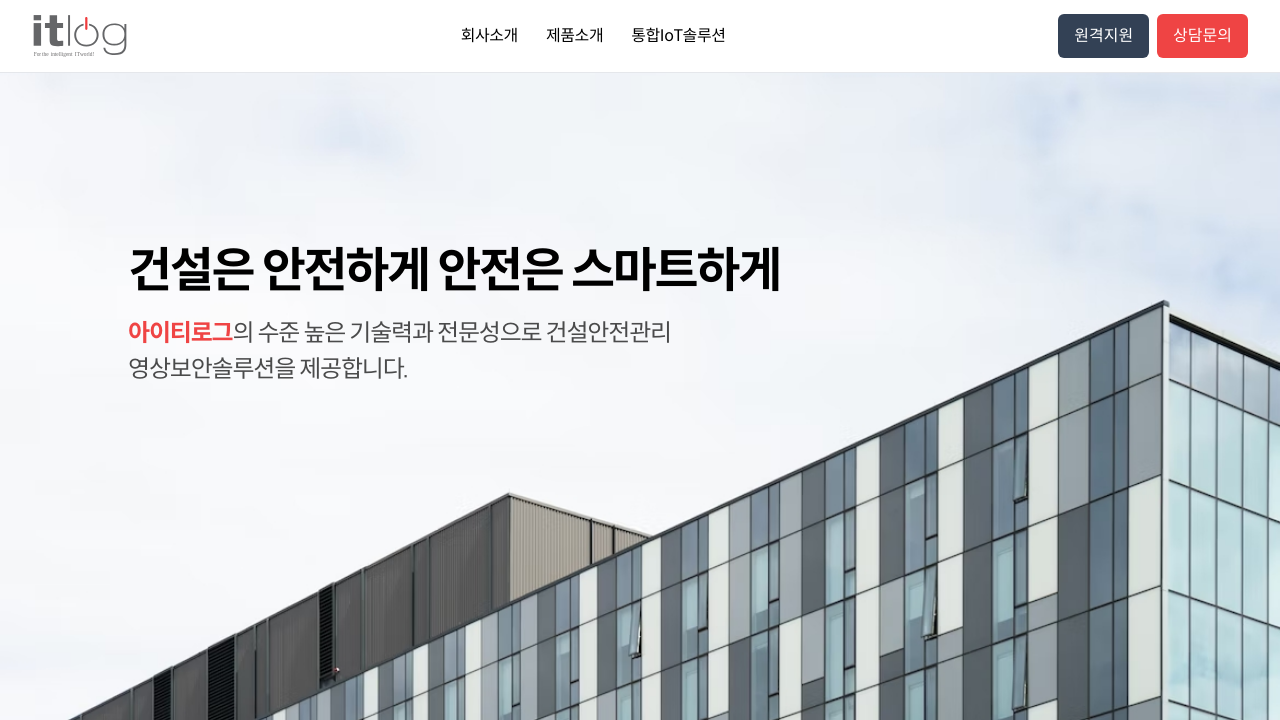
Repository: kwngmin/itlog_homepage
Page: /
These files come from the project's save history. The page is drawn as it stood at one moment and after the next save; the edit follows.
The browser window is 1280 px wide. The pictures show the whole page.
An inner scrolling area shows only its first screen. The project was rebuilt for these pictures with package versions that can differ from the ones it lists, and the page was loaded fresh each time. The framework's server and built-in components were replaced by stand-ins that run in the browser. Also part of the build but not shown: next.config.js.

Above is the page before, as saved 2023-07-15 01:10:32.

### src/app/layout.tsx
import Header from "@/components/Header";
import "./globals.css";
import type { Metadata } from "next";
import MainWrapper from "@/components/MainWrapper";
// import localFont from "next/font/local";

// import { Inter } from "next/font/google";
// const inter = Inter({ subsets: ["latin"] });
// const spoqaHanSans = localFont({
//   src: [
//     {
//       path: "../../public/fonts/SpoqaHanSansNeo-Bold.woff2",
//       weight: "700",
//       style: "bold",
//     },
//     {
//       path: "../../public/fonts/SpoqaHanSansNeo-Medium.woff2",
//       weight: "500",
//       style: "medium",
//     },
//     {
//       path: "../../public/fonts/SpoqaHanSansNeo-Regular.woff2",
//       weight: "400",
//       style: "normal",
//     },
//   ],
// });

export const metadata: Metadata = {
  title: "Create Next App",
  description: "Generated by create next app",
};

export default function RootLayout({
  children,
}: {
  children: React.ReactNode;
}) {
  return (
    // <html lang="ko" className={spoqaHanSans.className}>
    <html lang="ko">
      <body className={`flex flex-col h-screen`}>
        <Header />
        <MainWrapper>{children}</MainWrapper>
      </body>
    </html>
  );
}

### src/components/Header.tsx
import React from "react";
import Image from "next/image";

export default function Header() {
  return (
    <div className="flex-none flex justify-center border-b z-20">
      <div className="flex items-center px-4 md:px-6 xl:px-8 w-[1536px] justify-between h-[72px]">
        <Image
          src="/itlog.svg"
          alt="itlog Logo"
          className="dark:invert h-12 w-auto"
          width={10}
          height={10}
          priority
        />
        <ul className="hidden sm:flex items-center gap-1 tracking-tight">
          <li>
            <button className="h-[44px] px-3 rounded-md hover:bg-gray-200">
              회사소개
            </button>
          </li>
          <li>
            <button className="h-[44px] px-3 rounded-md hover:bg-gray-200">
              제품소개
            </button>
          </li>
          <li>
            <button className="h-[44px] px-3 rounded-md hover:bg-gray-200">
              통합IoT솔루션
            </button>
          </li>
        </ul>
        <div>
          <div className="flex gap-2">
            <button className="hidden lg:block h-[44px] px-4 rounded-md text-white bg-slate-700 md:hover:bg-slate-600">
              원격지원
            </button>
            <button className="bg-red-500 hover:bg-red-600 h-[44px] px-4 text-white rounded-md">
              상담문의
            </button>
          </div>
        </div>
      </div>
    </div>
  );
}

### src/app/globals.css
@tailwind base;
@tailwind components;
@tailwind utilities;
/* @import url(//spoqa.github.io/spoqa-han-sans/css/SpoqaHanSansNeo.css); */
@font-face {
  font-family: 'Spoqa Han Sans Neo';
  src: url('/public/fonts/SpoqaHanSansNeo-Regular.woff2') format('woff2');
  font-weight: 400;
  font-style: normal;
}
@font-face {
  font-family: 'Spoqa Han Sans Neo';
  src: url('/public/fonts/SpoqaHanSansNeo-Medium.woff2') format('woff2');
  font-weight: 500;
  font-style: normal;
}
@font-face {
  font-family: 'Spoqa Han Sans Neo';
  src: url('/public/fonts/SpoqaHanSansNeo-Bold.woff2') format('woff2');
  font-weight: 700;
  font-style: normal;
}

:root {
  --foreground-rgb: 0, 0, 0;
  --background-start-rgb: 214, 219, 220;
  --background-end-rgb: 255, 255, 255;
}
::-moz-selection {
  background: #f00;
  color: #fff;
}
::selection {
  background: #f00;
  color: #fff;
}
@media (prefers-color-scheme: dark) {
  :root {
    --foreground-rgb: 255, 255, 255;
    --background-start-rgb: 0, 0, 0;
    --background-end-rgb: 0, 0, 0;
  }
}

body {
  font-family: "Spoqa Han Sans Neo", 'sans-serif', 'standard', 'serif';
  /* color: rgb(var(--foreground-rgb));
  background: linear-gradient(
      to bottom,
      transparent,
      rgb(var(--background-end-rgb))
    )
    rgb(var(--background-start-rgb)); */
}

### src/components/MainWrapper.tsx
import React from "react";
interface Props {
  children: React.ReactNode;
}

export default function MainWrapper({ children }: Props) {
  return <div className="relative overflow-auto h-screen">{children}</div>;
}

### src/components/MainFull.tsx
import Image from "next/image";
import React from "react";

export default function MainFull() {
  return (
    <div className="relative flex justify-center items-center h-full">
      <Image
        src="/images/back3.jpg"
        alt="itlog Logo"
        priority
        fill={true}
        className="object-cover"
      />
      <div className="z-10 px-4 md:px-6 xl:px-0 w-[1024px] pb-56 md:pb-40 ml-8 sm:ml-16 md:ml-0">
        <h1 className="hidden md:flex text-4xl md:text-5xl font-bold tracking-tighter mb-2 md:mb-3 lg:mb-4 xl:mb-5 break-keep">
          건설은 안전하게 안전은 스마트하게
        </h1>
        <h1 className="md:hidden leading-tight text-4xl sm:text-5xl sm:leading-tight font-bold tracking-tighter mb-2 sm:mb-3 break-keep">
          건설은 안전하게
          <br />
          안전은 스마트하게
        </h1>
        <p className="lg:leading-normal xl:leading-normal w-4/5 lg:w-3/5 text-xl sm:text-2xl leading-normal sm:leadeing-normal md:leading-normal tracking-tight lg:tracking-tighter text-black/70 break-keep">
          <strong className="text-red-500 fonts-medium">아이티로그</strong>의
          수준 높은 기술력과 전문성으로 건설안전관리 영상보안솔루션을
          제공합니다.
        </p>
      </div>
    </div>
  );
}

### src/components/BodyWrapper.tsx
import React from "react";
interface Props {
  children: React.ReactNode;
}
export default function BodyWrapper({ children }: Props) {
  return (
    <div className="px-4 md:px-6 xl:px-0 max-w-[1024px] mx-auto">
      {children}
    </div>
  );
}

### src/components/CardKnowHow.tsx
import React from "react";
import MainCardIcon from "./MainCardIcon";
import MainCardPhoto from "./MainCardPhoto";

export default function CardKnowHow() {
  return (
    <div className="flex flex-col gap-4 my-60">
      <h1 className="text-2xl md:text-3xl lg:text-4xl tracking-tighter leading-normal text-black/70">
        기술은 따라 할 수 있어도 <br />
        <b className="text-black break-keep leading-normal">
          숙련된 기술자의 <strong className="text-red-500">깊은 노하우</strong>
          는 경쟁의 산물입니다
        </b>
      </h1>
      <div className="w-full grid grid-cols-2 md:grid-cols-3 gap-4 ">
        <MainCardPhoto dataRoute={"/images/merit1.jpg"} />
        <MainCardIcon
          cardIcon={"/icons/hammer.png"}
          cardNum={3000}
          cardText={"설치시공 횟수"}
          iconCss={"p-4"}
          colStart={"flex"}
        />
        <MainCardIcon
          cardIcon={"/icons/idea.png"}
          cardNum={13}
          cardText={"연구개발 경력"}
          iconCss={"p-4"}
          colStart={"flex md:hidden"}
        />
        <MainCardPhoto dataRoute={"/images/merit2.jpg"} />
        <MainCardIcon
          cardIcon={"/icons/idea.png"}
          cardNum={13}
          cardText={"연구개발 경력"}
          iconCss={"p-4"}
          colStart={"hidden md:flex "}
        />
        <MainCardPhoto dataRoute={"/images/merit3.jpg"} />
        <MainCardIcon
          cardIcon={"/icons/handshake.png"}
          cardNum={62}
          cardText={"공급고객사"}
          iconCss={"p-2"}
          colStart={"flex"}
        />
      </div>
    </div>
  );
}

### src/components/CarouselSolution.tsx
import React from "react";
import MultiCarousel from "./MultiCarousel";

export default function CarouselSolution() {
  return (
    <div className="my-20">
      <h1 className="leading-tight break-keep text-3xl lg:text-4xl font-bold tracking-tight">
        Integrated
        <strong className="text-red-500"> IoT</strong> Solution
      </h1>
      <p className="break-keep w-full md:w-5/6 lg:w-4/6 tracking-tight sm:text-lg lg:text-xl mt-2 sm:leading-normal lg:leading-normal text-black/60 font-medium">
        <strong className="font-bold text-red-500">아이티로그</strong>는 오랜
        경력으로 쌓아온 노하우로 S/W 서비스, H/W 서비스, Web 서비스 그리고 높은
        수준의 기술력과 전문성으로&nbsp;
        <b className="text-black">
          통합 <strong className="text-red-500">IoT</strong> 솔루션
        </b>
        을 제공합니다.
      </p>
      <MultiCarousel />

      {/* <CarouselBanner
          bannerTitle={"BigData"}
          bannerText={
            "기술은 집약된 기록물을 오랜 기간 축척하여 빅데이터화하고 기계학습을 통해 99.99%의 결과물에 도달하기 위한 정성과 노력의 가치입니다."
          }
        />
        <CarouselBanner
          bannerTitle={"Deep Learning"}
          bannerText={
            "회귀분석을 통하여 예측할 수 없는 안전사고까지도 추적할 수 있을 때까지 Deep Mining과 Deep Learning의 가치를 높여 나갑니다. 가상현실(VR)이나 증강현실(AR) 기술과 결합하여 안전 교육 및 학습을 지원할 수 있습니다."
          }
        />
        <CarouselBanner
          bannerTitle={"Ai - Artificial Intelligence"}
          bannerText={
            "건설산업에서 인공지능은 안전성과 기술 혁신을 결합해 현장의 효율성과 안전성을 향상시키는 중요한 도구로 사용될 수 있으며, 데이터 분석과 예측 모델을 통해 프로젝트 일정과 비용을 최적화할 수 있습니다"
          }
        />
        <CarouselBanner
          bannerTitle={"Smart Safety"}
          bannerText={
            "우리의 안전하고 편리함을 만들어주는 모든 서비스와 기술에 대해 아이티로그는 기업의 비즈니스 혁신과 성장을 위해 오늘도 진심으로 고민합니다."
          }
        /> */}
    </div>
  );
}

### src/components/GateSystem.tsx
import React from "react";
import IconLabel from "@/components/IconLabel";
import Image from "next/image";
import SolutionBannerBtn from "./SolutionBannerBtn";

export default function GateSystem() {
  return (
    <div className="relative bg-emerald-50 rounded-2xl p-6 sm:p-16 md:px-12 lg:px-16 md:py-16 lg:py-20 lg:my-60 xl:px-20 flex flex-col md:flex-row justify-between md:items-center gap-8 md:gap-24 overflow-hidden">
      <div className="relative flex flex-col sm:w-3/4 lg:w-2/3 z-20">
        <h3 className="font-bold text-xl lg:text-2xl tracking-tight text-red-500 mb-8 md:mt-0 md:mb-12 lg:mb-16">
          높은 보안성과 효율성
        </h3>
        <h1 className="font-bold text-3xl md:text-4xl tracking-tight mb-4">
          출입통제 시스템
        </h1>
        <p className="sm:text-lg sm:leading-normal md:text-xl md:leading-relaxed font-medium tracking-tighter break-keep text-black/50 mb-8 sm:mb-12 lg:mb-16">
          출입통제 시스템은 실시간으로 작업자의 출입 기록을 관리하고, 비인가자의
          출입을 차단함으로써 작업자들의 안전을 보호합니다. 현장의 보안 관리와
          작업자들의 안전까지 예방하고 보호할 수 있습니다.
        </p>
        <SolutionBannerBtn />
      </div>
      <div className="flex-none hidden md:flex gap-4 z-20 py-8 md:py-0 sm:py-4 order-first md:order-last">
        <IconLabel
          icon={"/icons/face-id.png"}
          iconLabel={"안면인식 시스템"}
          iconCss={""}
        />
        <IconLabel
          icon={"/icons/parking.png"}
          iconLabel={"차량통제 시스템"}
          iconCss={""}
        />
      </div>
      <Image
        src={"/images/focusGreen.png"}
        alt=""
        width={420}
        height={420}
        className="absolute -top-60 sm:top-1/2 sm:-translate-y-1/2 sm:mt-3 sm:-right-64 md:-right-40 lg:-right-44 xl:-right-40 w-[240px] sm:w-[440px] md:w-[470px] lg:w-[580px]"
      />
    </div>
  );
}

### src/components/Sensors.tsx
import React from "react";
import IconLabel from "@/components/IconLabel";
import Image from "next/image";
import SolutionBannerBtn from "./SolutionBannerBtn";

export default function Sensors() {
  return (
    <div className="relative bg-sky-50 rounded-2xl p-6 sm:p-8 md:p-12 lg:px-16 md:py-28 xl:px-20 my-60 flex flex-col md:flex-row justify-between items-center gap-8 md:gap-24 overflow-hidden">
      <div className="relative flex flex-col sm:w-4/5 md:w-2/3 z-20">
        <h3 className="font-bold text-xl lg:text-2xl tracking-tight text-red-500 mb-8 md:mt-0 md:mb-12 lg:mb-16">
          극한 환경에서도 뛰어난 성능
        </h3>
        <h1 className="font-bold text-3xl md:text-4xl tracking-tight mb-4">
          환경센서
        </h1>
        <p className="sm:text-lg sm:leading-normal md:text-xl md:leading-normal tracking-tighter break-keep text-black/70 mb-8 sm:mb-12 lg:mb-16">
          현장 내/외부로 환경 Data가 필요한 어느 곳이든 '환경 센서'를 구축하여
          측정값을 실시간으로 표출합니다.어느 곳에서든 실시간 모니터링을 통해
          현장 내 환경 관리 및 작업자들의 건강과 안전을 보호합니다.
        </p>
        <SolutionBannerBtn />
      </div>
      <div className="flex-none grid grid-cols-4 md:grid-cols-2 gap-4 z-20 py-16 md:py-0 sm:py-24 order-first md:order-last">
        <IconLabel
          icon={"/icons/sound-waves.png"}
          iconLabel={"소음 측정기"}
          iconCss={""}
        />
        <IconLabel
          icon={"/icons/gas-mask.png"}
          iconLabel={"유해가스 측정기"}
          iconCss={""}
        />{" "}
        <IconLabel
          icon={"/icons/mask.png"}
          iconLabel={"미세먼지 측정기"}
          iconCss={""}
        />
        <IconLabel
          icon={"/icons/anemometer.png"}
          iconLabel={"풍향풍속계"}
          iconCss={""}
        />
      </div>
      <Image
        src={"/images/blueWaves.png"}
        alt=""
        width={420}
        height={420}
        className="absolute -translate-y-1/3 top-16 md:top-1/2 md:-translate-y-1/2 md:-right-80 lg:-right-64 w-[800px]"
      />
    </div>
  );
}

### src/components/SafetyCCTV.tsx
import React from "react";
import IconLabel from "@/components/IconLabel";
import Image from "next/image";
import SolutionBannerBtn from "./SolutionBannerBtn";

export default function SafetyCCTV() {
  return (
    <div className="relative bg-yellow-50 rounded-2xl p-6 sm:p-8 md:p-12 lg:px-16 md:py-28 xl:px-20 my-60 flex flex-col md:flex-row justify-between items-center gap-8 md:gap-24 overflow-hidden">
      <div className="flex-none flex flex-row md:flex-col gap-4 z-20 py-16 md:py-0 sm:py-24 items-center">
        <div className="flex-none w-fit">
          <IconLabel
            icon={"/icons/cctv.png"}
            iconLabel={"고정형 카메라"}
            iconCss={""}
          />
        </div>
        <div className="flex gap-4">
          <IconLabel
            icon={"/icons/dom-cctv.png"}
            iconLabel={"돔 카메라"}
            iconCss={""}
          />
          <IconLabel
            icon={"/icons/web-cam.png"}
            iconLabel={"이동형 CCTV"}
            iconCss={""}
          />
        </div>
      </div>
      <div className="relative flex flex-col sm:w-4/5 md:w-2/3 z-20">
        <h3 className="font-bold text-xl lg:text-2xl tracking-tight text-red-500 mb-8 md:mt-0 md:mb-12 lg:mb-16">
          건설산업 최적화 솔루션
        </h3>
        <h1 className="font-bold text-3xl md:text-4xl tracking-tight mb-4">
          안전 관리 CCTV
        </h1>
        <p className="sm:text-lg sm:leading-normal md:text-xl md:leading-normal tracking-tighter break-keep text-black/70 mb-8 sm:mb-12 lg:mb-16">
          안전 관리 CCTV를 설치하여 현장의 넓은 범위, 위험지역, 각종 장비
          등으로부터 잠재적인 위험 요소를 모니터링하여 작업자들의 안전을
          보호합니다.
        </p>
        <SolutionBannerBtn />
      </div>
      <Image
        src={"/images/safety.png"}
        alt=""
        width={420}
        height={420}
        className="absolute -translate-y-1/2 top-24 sm:top-32 md:top-1/2 md:-translate-y-1/2 md:-left-20 lg:-left-40 w-3/4 sm:w-[420px] md:w-[440px] lg:w-[600px]"
      />
    </div>
  );
}

### src/components/BroadCast.tsx
import React from "react";
import IconLabel from "@/components/IconLabel";
import Image from "next/image";
import SolutionBannerBtn from "./SolutionBannerBtn";

export default function BroadCast() {
  return (
    <div className="relative bg-violet-50 rounded-2xl p-6 sm:p-8 md:p-12 lg:px-16 md:py-16 xl:px-20 my-60 flex flex-col md:flex-row justify-between items-center gap-8 md:gap-24 overflow-hidden">
      <div className="relative flex flex-col sm:w-4/5 md:w-2/3 z-20">
        <h3 className="font-bold text-xl lg:text-2xl tracking-tight text-red-500 mb-8 md:mt-0 md:mb-12 lg:mb-16">
          비상상황시 신속한 대응
        </h3>
        <h1 className="font-bold text-3xl md:text-4xl tracking-tight mb-4">
          방송시스템
        </h1>
        <p className="sm:text-lg sm:leading-normal md:text-xl md:leading-normal tracking-tighter break-keep text-black/70 mb-8 sm:mb-12 lg:mb-16">
          방송 시스템을 구축하여 근로자가 있는 어느 곳이든 현장 사무실에서 전체,
          구역별, 지정 구간 등을 설정하여 경고 방송 및 안내 방송을 송출할 수
          있습니다.
        </p>
        <SolutionBannerBtn />
      </div>
      <div className="flex-none flex gap-4 z-20 order-first md:order-last">
        <IconLabel icon={"/icons/mic.png"} iconLabel={"마이크"} iconCss={""} />
        <IconLabel
          icon={"/icons/speaker.png"}
          iconLabel={"스피커"}
          iconCss={""}
        />
      </div>
      <Image
        src={"/images/sounds.png"}
        alt=""
        width={420}
        height={420}
        className="absolute top-4 sm:-top-24 md:top-1/2 md:-translate-y-1/2 md:-right-4 xl:-right-2 w-[240px] sm:w-[440px] md:w-[320px] lg:w-[420px]"
      />
    </div>
  );
}

### src/components/MainCardIcon.tsx
import React from "react";
import Image from "next/image";
interface Props {
  cardIcon: string;
  cardNum: number;
  cardText: string;
  iconCss: string;
  colStart: string;
}
export default function MainCardIcon({
  cardIcon,
  cardNum,
  cardText,
  iconCss,
  colStart,
}: Props) {
  return (
    <div
      className={`${colStart} overflow-hidden rounded-xl aspect-4/3 bg-red-500 flex-col justify-center items-center drop-shadow-2xl`}
    >
      {/* <Image
        src={cardIcon}
        alt="itlog Logo"
        width={100}
        height={100}
        className={`${iconCss} w-2/5 md:w-1/3 drop-shadow-2xl`}
      /> */}
      <h2 className="text-4xl sm:text-5xl lg:text-6xl font-bold text-white my-2">
        {cardNum}
        <span className="font-normal text-white/70"></span>
      </h2>
      <span className="text-xl lg:text-2xl tracking-tight text-white/70">{cardText}</span>
    </div>
  );
}

### src/components/MainCardPhoto.tsx
// "use client";

import React from "react";
import Image from "next/image";
interface Props {
  dataRoute: string;
}
export default function MainCardPhoto({ dataRoute }: Props) {
  return (
    <Image
      src={dataRoute}
      alt="itlog Logo"
      width={360}
      height={320}
      className="overflow-hidden rounded-xl aspect-4/3 object-cover drop-shadow-xl"
    />
  );
}

### src/components/IconLabel.tsx
import React from "react";
import Image from "next/image";
interface Props {
  icon: string;
  iconLabel: string;
  iconCss: string;
}
export default function IconLabel({ icon, iconLabel, iconCss }: Props) {
  return (
    <div className="bg-white/70 backdrop-blur-md p-2 sm:p-4 lg:py-4 lg:px-0 lg:w-[120px] flex flex-col justify-center items-center drop-shadow-2xl rounded-3xl h-fit ">
      <Image
        src={icon}
        alt={iconLabel}
        width={56}
        height={56}
        className={`${iconCss} drop-shadow-lg mb-0 lg:mb-3 p-2 sm:p-1`}
      />
      <span className="hidden lg:flex text-sm text-black/60 tracking-tighter">
        {iconLabel}
      </span>
    </div>
  );
}

### src/components/SolutionBannerBtn.tsx
import React from "react";

export default function SolutionBannerBtn() {
  return (
    <button className="w-fit bg-red-500 text-white md:bg-white md:hover:bg-red-500 md:hover:text-white font-medium md:text-slate-600 hover:ring-0 h-12 px-8 rounded-full md:drop-shadow-2xl tracking-tight">
      더 알아보기
    </button>
  );
}

### src/components/CarouselBtn.tsx
"use client";
import React from "react";
interface Props {
  btnName: string;
}
export default function CarouselBtn({ btnName }: Props) {
  return (
    <button className="flex-none w-fit bg-red-50 md:hover:bg-red-100 text-red-500 font-medium px-6 rounded-full h-12">
      {btnName}
    </button>
  );
}

Loaded but not shown: tailwind.config.js (common file); src/app/page.tsx (73 lines, source omitted); src/components/MultiCarousel.tsx (75 lines, source omitted); src/components/TowerSystem.tsx (61 lines, source omitted)

After the next save:
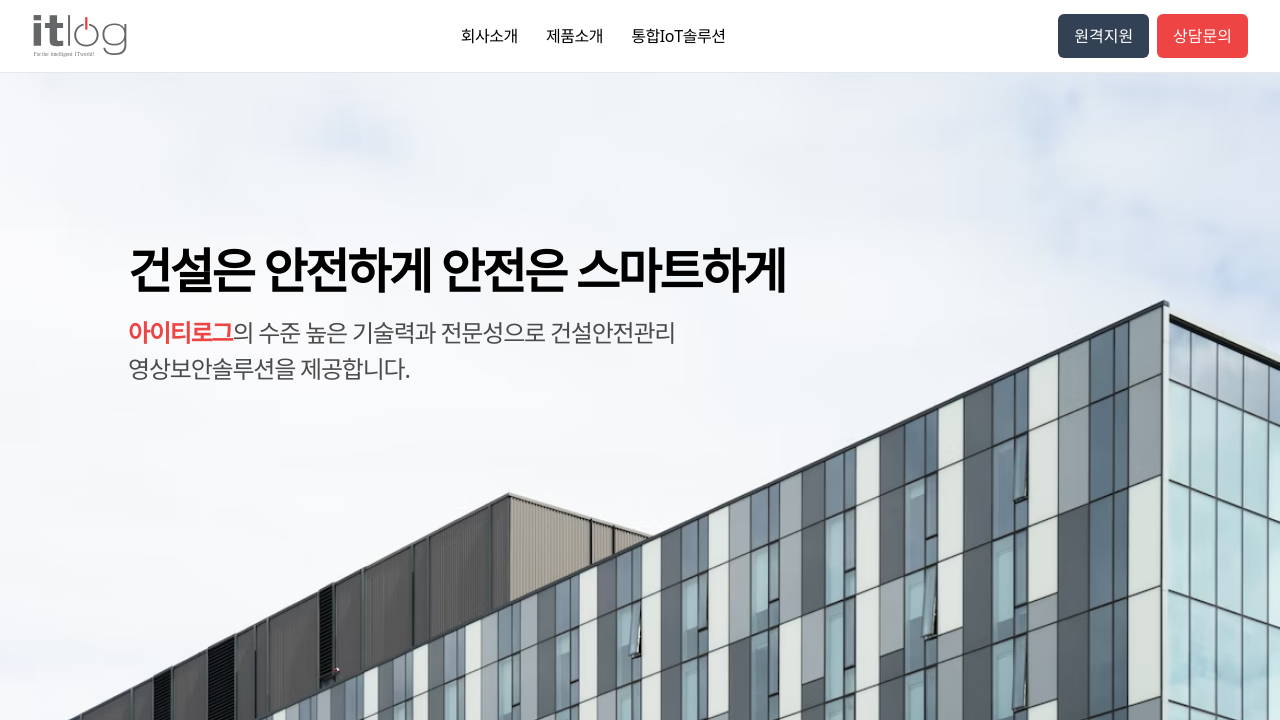
Saved 3 min 17 s later.
--- a/src/app/globals.css
+++ b/src/app/globals.css
@@ -43,7 +43,7 @@
 }
 
 body {
-  font-family: "Spoqa Han Sans Neo", 'sans-serif', 'standard', 'serif';
+  /* font-family: "Spoqa Han Sans Neo", 'sans-serif', 'standard', 'serif'; */
   /* color: rgb(var(--foreground-rgb));
   background: linear-gradient(
       to bottom,

After the save that followed:
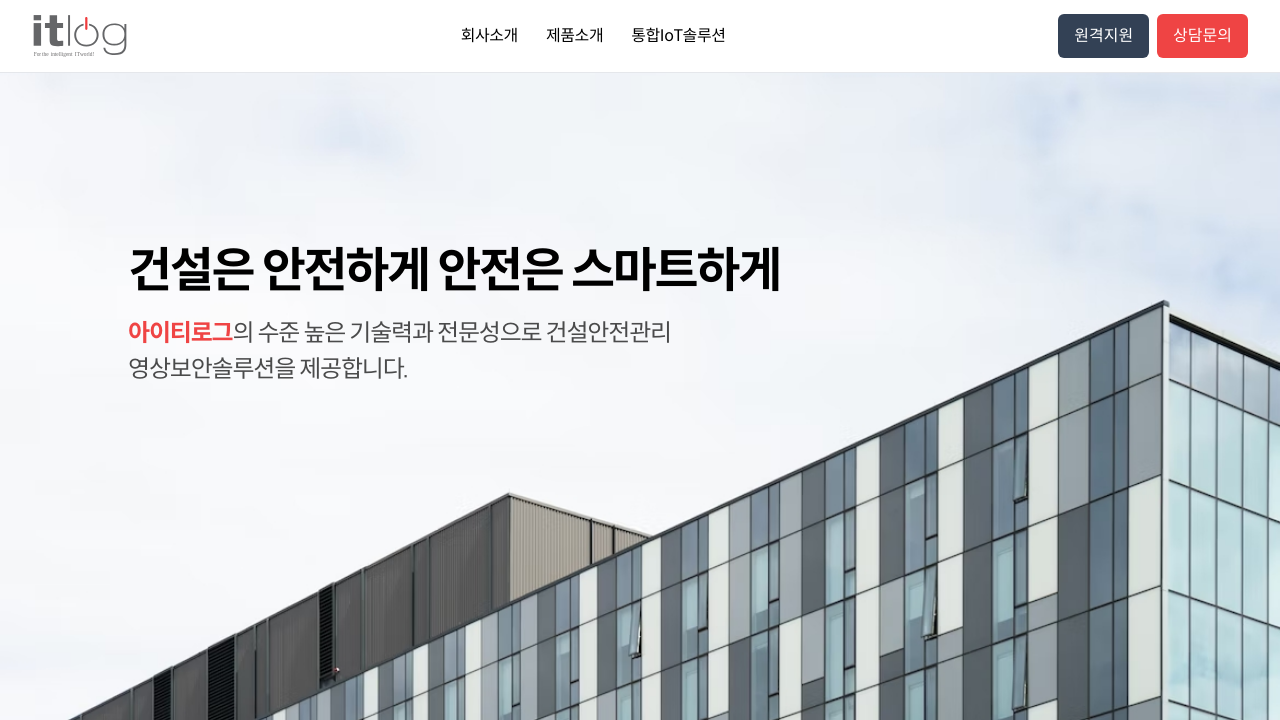
Saved 33 s later.
--- a/src/app/layout.tsx
+++ b/src/app/layout.tsx
@@ -2,29 +2,29 @@
 import "./globals.css";
 import type { Metadata } from "next";
 import MainWrapper from "@/components/MainWrapper";
-// import localFont from "next/font/local";
+import localFont from "next/font/local";
 
 // import { Inter } from "next/font/google";
 // const inter = Inter({ subsets: ["latin"] });
-// const spoqaHanSans = localFont({
-//   src: [
-//     {
-//       path: "../../public/fonts/SpoqaHanSansNeo-Bold.woff2",
-//       weight: "700",
-//       style: "bold",
-//     },
-//     {
-//       path: "../../public/fonts/SpoqaHanSansNeo-Medium.woff2",
-//       weight: "500",
-//       style: "medium",
-//     },
-//     {
-//       path: "../../public/fonts/SpoqaHanSansNeo-Regular.woff2",
-//       weight: "400",
-//       style: "normal",
-//     },
-//   ],
-// });
+const spoqaHanSans = localFont({
+  src: [
+    {
+      path: "/public/fonts/SpoqaHanSansNeo-Bold.woff2",
+      weight: "700",
+      style: "bold",
+    },
+    {
+      path: "/public/fonts/SpoqaHanSansNeo-Medium.woff2",
+      weight: "500",
+      style: "medium",
+    },
+    {
+      path: "/public/fonts/SpoqaHanSansNeo-Regular.woff2",
+      weight: "400",
+      style: "normal",
+    },
+  ],
+});
 
 export const metadata: Metadata = {
   title: "Create Next App",
@@ -37,8 +37,8 @@
   children: React.ReactNode;
 }) {
   return (
-    // <html lang="ko" className={spoqaHanSans.className}>
-    <html lang="ko">
+    <html lang="ko" className={spoqaHanSans.className}>
+    {/* // <html lang="ko"> */}
       <body className={`flex flex-col h-screen`}>
         <Header />
         <MainWrapper>{children}</MainWrapper>
